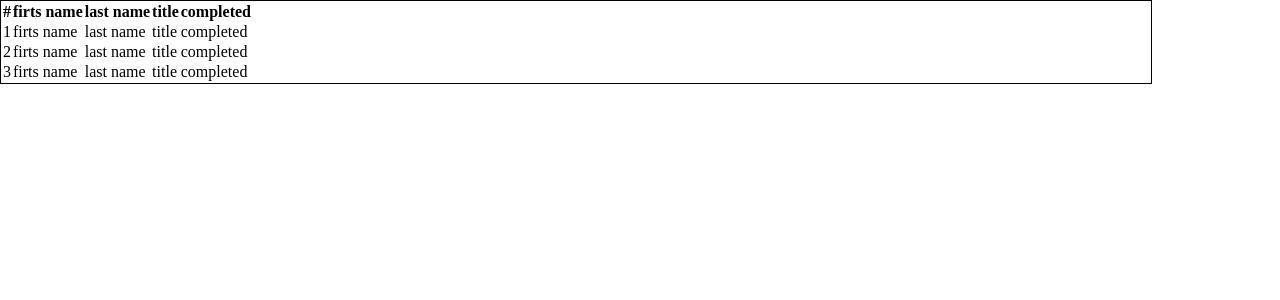
Repository: beva3/myCodepen
Page: table/index.html
These files come from the project's save history. The page is drawn as it stood at one moment and after the next save; the edit follows.
The browser window is 1280 px wide. The pictures show the whole page.

Above is the page before, as saved 2024-05-11 10:47:53.

After the next save:
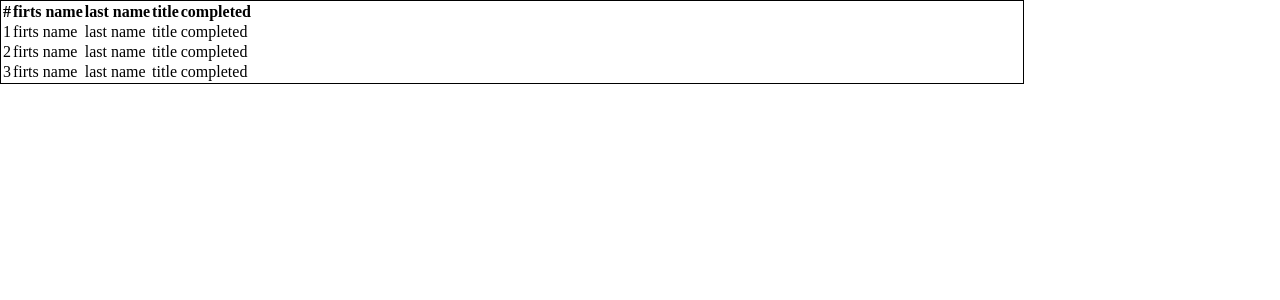
Saved 79 s later.
--- a/table/style.css
+++ b/table/style.css
@@ -6,5 +6,5 @@
 
 .content{
     border: 1px solid black;
-    width: 90vw;
+    width: 80vw;
 }
